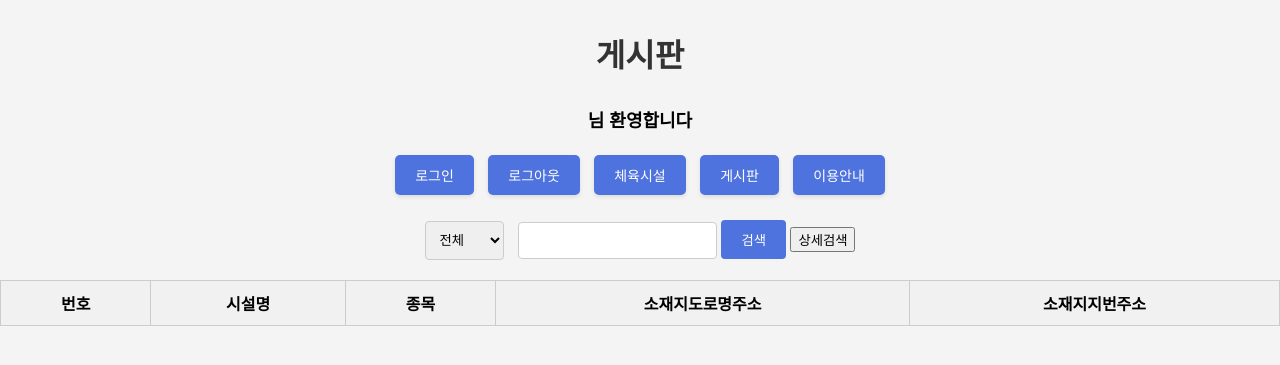
Repository: shinyunseok/portfolio1
Page: http://localhost/portfolio/WEB-INF/board/getBoard.jsp
An editor plug-in stored every save of this project. The page is shown before and after the next save, followed by the edit.
The browser window is 1280 px wide. The pictures show the whole page.
The page is served by Tomcat 10. Nobody is signed in. Other server files are loaded and not shown. The template is opened directly, without the code that normally fills it, so the values that code supplies are empty.

Above is the page before, as saved 2023-05-26 06:03:54.

### portfolio/src/main/webapp/WEB-INF/board/getBoard.jsp
<%@ page language="java" contentType="text/html; charset=UTF-8"
    pageEncoding="UTF-8"%>
<%@ taglib prefix="c" uri="http://java.sun.com/jsp/jstl/core" %>
<!DOCTYPE html>
<html>
<script>
function toggleAdvancedSearch() {
	var advancedSearchDiv = document.getElementById("advancedSearchDiv");
	advancedSearchDiv.style.display = (advancedSearchDiv.style.display === "none") ? "block" : "none";
}
</script>
<head>
<meta charset="UTF-8">
<style>
/* 전체 페이지 스타일 */
body {
    font-family: Arial, sans-serif;
    background-color: #f4f4f4;
    margin: 0;
    padding: 0;
}

/* 컨테이너 스타일 */
.container {
    max-width: 800px;
    margin: 0 auto;
    padding: 20px;
}

/* 제목 스타일 */
h1 {
    text-align: center;
    margin: 30px 0;
    color: #333;
}

/* 내비게이션 스타일 */
.navigation {
    margin-bottom: 20px;
    text-align: center;
}

.navigation h3 {
    margin-top: 0;
    font-size: 18px;
}

.navigation a {
    display: inline-block;
    margin: 5px;
    padding: 10px 20px;
    text-decoration: none;
    color: #fff;
    background-color: #4e73df;
    border-radius: 5px;
    transition: background-color 0.3s;
    font-size: 14px;
    border: none;
    cursor: pointer;
    box-shadow: 0 2px 4px rgba(0, 0, 0, 0.1);
}

.navigation a:hover {
    background-color: #3756a4;
}

/* 검색창 스타일 */
.search-form {
    display: flex;
    justify-content: center;
    margin-bottom: 20px;
}

.search-form select,
.search-form input[type="text"] {
    padding: 10px;
    border: 1px solid #ccc;
    border-radius: 4px;
}

.search-form select {
    margin-right: 10px;
}

.search-form button[type="submit"] {
    padding: 10px 20px;
    background-color: #4e73df;
    color: #fff;
    border: none;
    border-radius: 4px;
    cursor: pointer;
}

.search-form button[type="submit"]:hover {
    background-color: #3756a4;
}

/* 테이블 스타일 */
table {
    width: 100%;
    border-collapse: collapse;
}

th, td {
    padding: 10px;
    border: 1px solid #ccc;
}

th {
    background-color: #f1f1f1;
    text-align: center;
}

td {
    text-align: left;
}

/* selectEvent 스타일 */
.selectEvent {
    margin-bottom: 20px;
    text-align: center;
}

.selectEvent a {
    display: inline-block;
    margin: 5px;
    padding: 10px 20px;
    text-decoration: none;
    color: #333;
    border: 1px solid #ccc;
    border-radius: 5px;
    transition: background-color 0.3s;
    font-size: 14px;
    cursor: pointer;
}

.selectEvent a:hover {
    background-color: #f1f1f1;
}

/* selectBar 스타일 */
#selectBar {
    text-align: center;
    margin-bottom: 20px;
}

#selectBar select,
#selectBar input[type="text"] {
    padding: 10px;
    border: 1px solid #ccc;
    border-radius: 4px;
}

#selectBar select {
    margin-right: 10px;
}

#selectBar button[type="submit"] {
    padding: 10px 20px;
    background-color: #4e73df;
    color: #fff;
    border: none;
    border-radius: 4px;
    cursor: pointer;
}

#selectBar button[type="submit"]:hover {
    background-color: #3756a4;
}

#selectBar button[type="button"] {
    padding: 10px 20px;
    background-color: #4e73df;
    color: #fff;
    border: none;
    border-radius: 4px;
    cursor: pointer;
}

#selectBar button[type="button"]:hover {
    background-color: #3756a4;
}

/* advancedSearchDiv 스타일 */
#advancedSearchDiv {
    display: none;
    text-align: center;
    margin-bottom: 20px;
    padding-top: 20px;
    border-top: 1px solid #ccc;
}

#advancedSearchDiv label {
    display: block;
    margin-bottom: 10px;
}

#advancedSearchDiv input[type="radio"] {
    margin-right: 5px;
}

</style>




<title>게시판</title>
</head>
<body>
	<h1>게시판</h1>
	<div class="navigation">
    <h3>${user_name}님 환영합니다</h3>
    <c:if test="${empty user_id}">
        <a href="login.do">로그인</a>
    </c:if>
    <a href="logout.do">로그아웃</a>
    <!-- <a href="insertUser.do">회원가입</a> -->
    <a href="getSportList.do">체육시설</a>
    <a href="getBoardList.do">게시판</a>
    <a href="#">이용안내</a>
</div>

<div id="selectBar" style="text-align: center;">
	<select>
		<option>전체</option>
		<option>시설명</option>
		<option>지역</option>
	</select>
	<input type="text" required="검색어를 입력하세요"> <button type="submit">검색</button>
	<button onclick="toggleAdvancedSearch()">상세검색</button>
</div>
<div id="advancedSearchDiv" style="display: none;">
	지역 <input type="radio">장안구<input type="radio">권선구<input type="radio">팔달구<input type="radio">영통구 <br>
	이용날짜 <input type="date"> <br>
	접수상태 <input type="radio"> 예약가능 <input type="radio"> 예약중 <input type="radio"> 예약완료 <br>
	이용요금 <input type="radio"> 유료 <input type="radio"> 무료
</div>
	<table>
		<tr>
			<th>번호</th>
			<th>시설명</th>
			<th>종목</th>
			<th>소재지도로명주소</th>
			<th>소재지지번주소</th>
		</tr>



		<c:forEach items="${sportList}" var="sport">
		<tr>
			<td>${sport.rnum }</td>
			<td>${sport.facility_name }</td>
			<td>${sport.event } </td>
			<td>${sport.road_address } </td>
			<td>${sport.landlot_address } </td>
			<td>${sport.management_agency } </td>
			<td>${sport.operating_entity } </td>
			<td>${sport.contact_number } </td>
			<td>${sport.usage_free } </td>
			<td> <a href="#"> 예약하기</a></td>
		</tr>
		</c:forEach>


	</table>

</body>
</html>

After the next save:
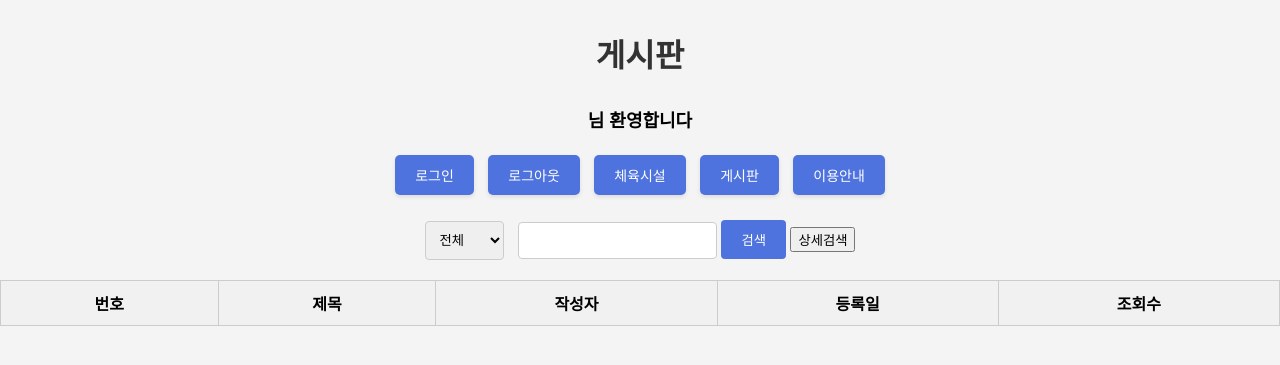
Saved 32 s later.
--- a/portfolio/src/main/webapp/WEB-INF/board/getBoard.jsp
+++ b/portfolio/src/main/webapp/WEB-INF/board/getBoard.jsp
@@ -238,10 +238,10 @@ td {
 	<table>
 		<tr>
 			<th>번호</th>
-			<th>시설명</th>
-			<th>종목</th>
-			<th>소재지도로명주소</th>
-			<th>소재지지번주소</th>
+			<th>제목</th>
+			<th>작성자</th>
+			<th>등록일</th>
+			<th>조회수</th>
 		</tr>
 
 
